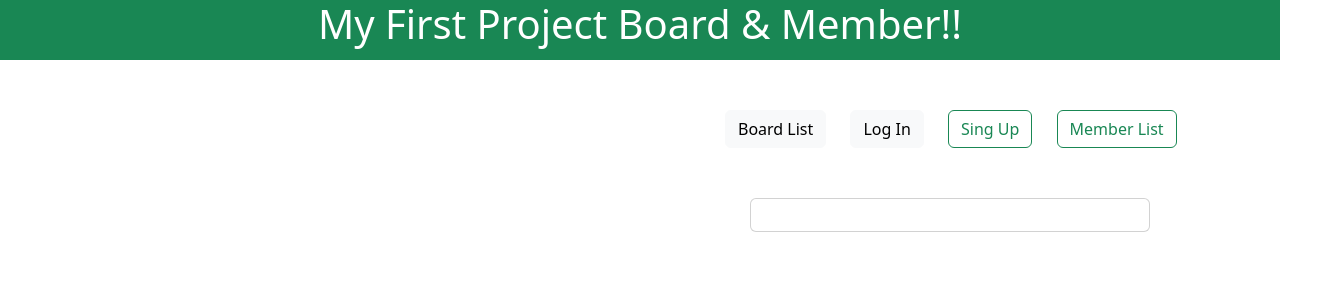
Repository: Raneechoi/java2022_09_03
Page: http://localhost/Project/mem/login_auth
These files come from the project's save history. The page is drawn as it stood at one moment and after the next save; the edit follows.
The browser window is 1280 px wide. The page is 1325 px wide, so the pictures cover 1325 px, including what lies to the right of the window. The pictures show the whole page.
The page is served by Tomcat 9. Other server files are loaded and not shown. Queries for data that is not in the repository find no rows.

Above is the page before, as saved 2022-12-08 06:48:49.

### JSP_Board&Member/Project/src/main/webapp/index.jsp
<%@ page language="java" contentType="text/html; charset=UTF-8"
    pageEncoding="UTF-8"%>
<%@ taglib uri="http://java.sun.com/jsp/jstl/core" prefix="c" %>
<!DOCTYPE html>
<html>
<head>
<meta charset="UTF-8">
<title>Insert title here</title>
<!-- CSS only -->
<link href="https://cdn.jsdelivr.net/npm/bootstrap@5.2.2/dist/css/bootstrap.min.css" rel="stylesheet" integrity="sha384-Zenh87qX5JnK2Jl0vWa8Ck2rdkQ2Bzep5IDxbcnCeuOxjzrPF/et3URy9Bv1WTRi" crossorigin="anonymous">
<!-- JavaScript Bundle with Popper -->
<script src="https://cdn.jsdelivr.net/npm/bootstrap@5.2.2/dist/js/bootstrap.bundle.min.js" integrity="sha384-OERcA2EqjJCMA+/3y+gxIOqMEjwtxJY7qPCqsdltbNJuaOe923+mo//f6V8Qbsw3" crossorigin="anonymous"></script>
</head>
<body>
<div style="height: 60px; color:white; background-color: #198754;">
	<h1 style="text-align: center;">My First Project Board & Member!!</h1>
</div>

<div style="width: 600px; display:inline-block; margin-left: 725px; margin-top: 50px;">
		<a href="/bor/pageList" style="margin-right: 20px"><button class="btn btn-light">Board List</button></a>
		<a href="/mem/login" style="margin-right: 20px"><button class="btn btn-light">Log In</button></a>
		<a href="/mem/join" style="margin-right: 20px"><button class="btn btn-outline-success">Sing Up</button></a>
		<a href="/mem/list" ><button class="btn btn-outline-success">Member List</button></a>
</div>

<div class="card" style="width: 400px; display:inline-flex; margin-left: 750px; margin-top: 50px; ">
	 <div class="card-body" style="text-align: center;">
		<c:if test="${ses.email ne null && ses.email ne '' }">
			${ses.email } login 하였습니다. <br>
			계정생성일 : ${ses.reg_at } <br>
			마지막 접속 : ${ses.last_login } <br>
			<a href="/mem/modify?email=${ses.email }"><button type="button" class="btn btn-success" style="margin-top: 20px">회원정보 수정</button></a>
			<a href="/mem/logout?email=${ses.email }"><button type="button" class="btn btn-secondary" style="margin-top: 20px">로그아웃</button></a><br>
		</c:if>

		<c:if test="${ses.email ne null && ses.email ne '' }">
			<a href="/bor/register" ><button class="btn btn-success" style="margin-top: 20px">Board Register</button></a>
			<a href="/bor/list"><button class="btn btn-success" style="margin-top: 20px">My Board List</button></a><br>
		</c:if>
	</div>
</div>

<div style="margin-left: 900px; margin-top: 50px; ">
	<c:if test="${ses.email ne null && ses.email ne '' }">
		<a href="/mem/remove?email=${ses.email }"><button class="btn btn-outline-secondary">회원탈퇴</button></a>
	</c:if>
</div>
</body>
</html>

### JSP_Board&Member/Project/src/main/java/controller/MemberController.java
package controller;

import java.io.IOException;
import java.util.List;

import javax.servlet.RequestDispatcher;
import javax.servlet.ServletException;
import javax.servlet.annotation.WebServlet;
import javax.servlet.http.HttpServlet;
import javax.servlet.http.HttpServletRequest;
import javax.servlet.http.HttpServletResponse;
import javax.servlet.http.HttpSession;

import org.slf4j.Logger;
import org.slf4j.LoggerFactory;

import domain.MemberVO;
import service.MemberService;
import service.MemberServiceImpl;


@WebServlet("/mem/*")
public class MemberController extends HttpServlet {
	private static final long serialVersionUID = 1L;
	private static final Logger log = LoggerFactory.getLogger(MemberController.class);
    private RequestDispatcher rdp;
    private String destPage; //목적지 주소 기록 변수
    private int isOK;

    private MemberService msv; // interface로 생성 - service패키지에

    public MemberController() {
    	msv = new MemberServiceImpl();
    }

	protected void service(HttpServletRequest req, HttpServletResponse res) throws ServletException, IOException {
		req.setCharacterEncoding("utf-8");
		res.setCharacterEncoding("utf-8");
		res.setContentType("text/html; charset=utf-8");

		String uri = req.getRequestURI();
		String path = uri.substring(uri.lastIndexOf("/")+1);

		log.info(">>> URI > "+uri);
		log.info(">>> Path > "+path);
		switch (path) {
		case "login":
			destPage = "/member/login.jsp";
			break;

		case "login_auth":
			try {
				MemberVO mvo = msv.login(
						new MemberVO(
								req.getParameter("email"),
								req.getParameter("pwd")
								));
				log.info("login 객체 input");
				if(mvo != null) {
					//세션 가져오기. 연결된 세션이 없다면 새로 생성
					HttpSession ses = req.getSession();
					//ses로 mvo를 바인딩
					ses.setAttribute("ses", mvo);
					ses.setMaxInactiveInterval(10*60);  // 로그인 유지시간(10분)
				}else {
					req.setAttribute("msg_login", 0);
				}
				destPage="/";

			} catch (Exception e) {
				// TODO: handle exception
				e.printStackTrace();
			}
			break;

		case "join":
			try {
				destPage = "/member/join.jsp";
			} catch (Exception e) {
				e.printStackTrace();
			}
			break;

		case "register":
			isOK = msv.register(new MemberVO(
					req.getParameter("email"),
					req.getParameter("pwd"),
					req.getParameter("nick_name")
					));
			log.info(">>> join > "+(isOK > 0 ?"ok" :"fail"));
			destPage="login";
			break;

		case "logout":
			// 연결된 세션이 있다면 해당 세션을 가져오기
			try {
				HttpSession ses = req.getSession();
				ses.invalidate();  // 세션 끊기
				// 로그인된 email을 주고 로그인 시간 update
				isOK = msv.lastLogin(req.getParameter("email"));
				log.info(">>> lastLogin > "+(isOK > 0 ?"ok" :"fail"));
				destPage="/index.jsp";
			} catch (Exception e) {
				e.printStackTrace();
			}
			break;

		case "list":
			try {
				List<MemberVO> list = msv.getlist();
				req.setAttribute("list", list);
				destPage="/member/list.jsp";
			} catch (Exception e) {
				e.printStackTrace();
			}
			break;

		case "modify":
			try {
				log.info("modify check 1");
				MemberVO mvo = msv.selectOne(req.getParameter("email"));
				req.setAttribute("mvo", mvo);

				log.info("modify check 2");
				destPage = "/member/update.jsp";
			} catch (Exception e) {
				e.printStackTrace();
			}
			break;

		case "update":
			try {
				MemberVO mvo = new MemberVO(req.getParameter("email"), req.getParameter("pwd"), req.getParameter("nick_name"));
				int isOk = msv.update(mvo);
				destPage = "/";
			} catch (Exception e) {
				e.printStackTrace();
			}
			break;

		case "remove":
			try {
				HttpSession ses = req.getSession();
				ses.invalidate();  // 세션 끊기
				// 로그인된 email을 주고 로그인 시간 update
				isOK = msv.remove(req.getParameter("email"));
				log.info(">>> remove > "+(isOK > 0 ?"ok" :"fail"));
				destPage="/";

			} catch (Exception e) {
				e.printStackTrace();
			}
			break;

		default:
			break;
		}
		// 목적지 주소 값 세팅
		rdp = req.getRequestDispatcher(destPage);
		// 정보 싣고 보내기
		rdp.forward(req, res);
	}

	protected void doGet(HttpServletRequest req, HttpServletResponse res) throws ServletException, IOException {
		service(req, res);
	}

	protected void doPost(HttpServletRequest req, HttpServletResponse res) throws ServletException, IOException {
		service(req, res);
	}
}

### JSP_Board&Member/Project/src/main/java/service/MemberServiceImpl.java
package service;

import java.util.List;

import org.slf4j.Logger;
import org.slf4j.LoggerFactory;

import controller.MemberController;
import domain.MemberVO;
import repository.MemberDAO;
import repository.MemberDAOImpl;

public class MemberServiceImpl implements MemberService {

	private MemberDAO mdao;
	private static final Logger log = LoggerFactory.getLogger(MemberController.class);

	public MemberServiceImpl() {
		mdao = new MemberDAOImpl();
	}

	@Override
	public MemberVO login(MemberVO mvo) {
		log.info("login check 2");
		return mdao.selectOne(mvo);
	}

	@Override
	public int register(MemberVO mvo) {
		log.info("register check 2");
		return mdao.insert(mvo);
	}

	@Override
	public int lastLogin(String email) {
		log.info("lastLogin check 2");
		return mdao.update(email);
	}

	@Override
	public List<MemberVO> getlist() {
		log.info("list check 2");
		return mdao.listall();
	}

	@Override
	public int modify(MemberVO mvo) {
		log.info("modify check 2");
		return mdao.update(mvo);
	}

	@Override
	public MemberVO selectOne(String email) {
		// TODO Auto-generated method stub
		return mdao.selectOne(email);
	}

	@Override
	public int update(MemberVO mvo) {
		// TODO Auto-generated method stub
		return mdao.update(mvo);
	}

	@Override
	public int remove(String email) {
		// TODO Auto-generated method stub
		return mdao.remove(email);
	}
}

### JSP_Board&Member/Project/src/main/java/repository/MemberDAO.java
package repository;

import java.util.List;

import domain.MemberVO;

public interface MemberDAO {

	MemberVO selectOne(MemberVO mvo);

	int insert(MemberVO mvo);

	int update(String email);

	List<MemberVO> listall();

	int update(MemberVO mvo);

	MemberVO selectOne(String email);

	int remove(String email);

}

### JSP_Board&Member/Project/src/main/java/repository/MemberDAOImpl.java
package repository;

import java.util.List;

import org.apache.ibatis.session.SqlSession;
import org.slf4j.Logger;
import org.slf4j.LoggerFactory;

import domain.MemberVO;
import orm.DatabaseBuilder;

public class MemberDAOImpl implements MemberDAO {

	private static final Logger log = LoggerFactory.getLogger(MemberDAOImpl.class);
	private SqlSession sql;
	private final String NS = "MemberMapper.";

	public MemberDAOImpl() {
		new DatabaseBuilder();
		sql = DatabaseBuilder.getFactory().openSession();
	}

	@Override
	public MemberVO selectOne(MemberVO mvo) {
		log.info("login check 3");
		return sql.selectOne(NS+"login",mvo);
	}

	@Override
	public int insert(MemberVO mvo) {
		log.info("join check 3");
		int isOK = sql.insert(NS+"reg",mvo);
		if(isOK > 0) {
			sql.commit();
		}
		return isOK;
	}

	@Override
	public int update(String email) {
		log.info("lastLogin check 3");
		int isOK = sql.update(NS+"last", email);
		if(isOK > 0) sql.commit();
		return isOK;
	}

	@Override
	public List<MemberVO> listall() {
		log.info("list check 3");
		return sql.selectList(NS+"list");
	}

	@Override
	public int update(MemberVO mvo) {
		log.info("modify check 3");
		int isOK = sql.update(NS+"modify",mvo);
		if(isOK > 0) sql.commit();
		return isOK;
	}

	@Override
	public MemberVO selectOne(String email) {
		// TODO Auto-generated method stub
		return sql.selectOne(NS+"getOne", email);
	}

	@Override
	public int remove(String email) {
		// TODO Auto-generated method stub
		int isOK = sql.delete(NS+"remove",email);
		if(isOK > 0) sql.commit();
		return isOK;
	}

}

### JSP_Board&Member/Project/src/main/java/orm/DatabaseBuilder.java
package orm;

import org.apache.ibatis.io.Resources;
import org.apache.ibatis.session.SqlSessionFactory;
import org.apache.ibatis.session.SqlSessionFactoryBuilder;

public class DatabaseBuilder {

	private static SqlSessionFactory factory;

	static {
		try {
			factory = new SqlSessionFactoryBuilder()
					.build(Resources.getResourceAsReader("orm/MybatisConfig.xml"));
		} catch (Exception e) {
			e.printStackTrace();
		}
	}

	public static SqlSessionFactory getFactory() {
		return factory;
	}

}

### JSP_Board&Member/Project/src/main/java/domain/MemberVO.java
package domain;

public class MemberVO {

	private String email;
	private String pwd;
	private String nick_name;
	private String reg_at;
	private String last_login;

	public MemberVO() {}

	//login : email, pwd
	public  MemberVO(String email, String pwd) {
		this.email = email;
		this.pwd = pwd;
	}

	// join,modify : email, pwd, nick_name
	public MemberVO(String email, String pwd, String nick_name) {
		this.email = email;
		this.pwd = pwd;
		this.nick_name = nick_name;
	}

	// list : all
	public MemberVO(String email, String pwd, String nick_name, String reg_at, String last_login) {
		this.email = email;
		this.pwd = pwd;
		this.nick_name = nick_name;
		this.reg_at = reg_at;
		this.reg_at = last_login;
	}

	public String getEmail() {
		return email;
	}

	public void setEmail(String email) {
		this.email = email;
	}

	public String getPwd() {
		return pwd;
	}

	public void setPwd(String pwd) {
		this.pwd = pwd;
	}

	public String getNick_name() {
		return nick_name;
	}

	public void setNick_name(String nick_name) {
		this.nick_name = nick_name;
	}

	public String getReg_at() {
		return reg_at;
	}

	public void setReg_at(String reg_at) {
		this.reg_at = reg_at;
	}

	public String getLast_login() {
		return last_login;
	}

	public void setLast_login(String last_login) {
		this.last_login = last_login;
	}

}

### JSP_Board&Member/Project/src/main/java/domain/BoardVO.java
package domain;

public class BoardVO {

	private int bno;
	private String title;
	private String writer;
	private String content;
	private String reg_date;
	private int read_count;
	private String image_file;

	public BoardVO() {}

	// insert(title, writer, content)
	public BoardVO(String title, String writer, String content) {
		this.title = title;
		this.writer = writer;
		this.content = content;
	}

	// list(bno, title, writer, reg_date, read_count)
	public BoardVO(int bno, String title, String writer, String reg_date, int read_count) {
		this.bno = bno;
		this.title = title;
		this.writer = writer;
		this.reg_date = reg_date;
		this.read_count = read_count;
	}

	// detail (all)
	public BoardVO(int bno, String title, String writer, String content, String reg_date, int read_count, String image_file) {
		this.bno = bno;
		this.title = title;
		this.writer = writer;
		this.content = content;
		this.reg_date = reg_date;
		this.read_count = read_count;
		this.image_file = image_file;
	}

	// update(bno, title, content)
	public BoardVO(int bno, String title, String content) {
		this.bno = bno;
		this.title = title;
		this.content = content;
	}

	//(bno, read_count)
	public BoardVO(int bno, int read_count) {
		this.bno = bno;
		this.read_count = read_count;
	}

	public int getBno() {
		return bno;
	}

	public void setBno(int bno) {
		this.bno = bno;
	}

	public String getTitle() {
		return title;
	}

	public void setTitle(String title) {
		this.title = title;
	}

	public String getWriter() {
		return writer;
	}

	public void setWriter(String writer) {
		this.writer = writer;
	}

	public String getContent() {
		return content;
	}

	public void setContent(String content) {
		this.content = content;
	}

	public String getReg_date() {
		return reg_date;
	}

	public void setReg_date(String reg_date) {
		this.reg_date = reg_date;
	}

	public int getRead_count() {
		return read_count;
	}

	public void setRead_count(int read_count) {
		this.read_count = read_count;
	}

	public String getImage_file() {
		return image_file;
	}

	public void setImage_file(String image_file) {
		this.image_file = image_file;
	}

}

### JSP_Board&Member/Project/src/main/java/domain/PagingVO.java
package domain;

public class PagingVO {

	private int pageNo;  // 현재 화면에 출력되는 페이지네이션 번호
	private int qty;     // 한 페이지당 보여줄 게시글 수

	public PagingVO() {  // 페이지네이션을 클릭하기 전 기본 리스트 출력 값
		this(1,10);
	}

	public PagingVO(int pageNo, int qty) {
		this.pageNo = pageNo;
		this.qty = qty;
	}

	public int getPageStart() {
		return (this.pageNo-1)*qty;   // 시작페이지 번호 구하기
	}

	public int getPageNo() {
		return pageNo;
	}

	public void setPageNo(int pageNo) {
		this.pageNo = pageNo;
	}

	public int getQty() {
		return qty;
	}

	public void setQty(int qty) {
		this.qty = qty;
	}


}

### JSP_Board&Member/Project/src/main/java/domain/CommentVO.java
package domain;

public class CommentVO {

	private int cno;
	private int bno;
	private String writer;
	private String content;
	private String reg_at;

	public CommentVO() { }

	// post(bno, writer, content)
	public CommentVO(int bno, String writer, String content) {
		this.bno = bno;
		this.writer = writer;
		this.content = content;
	}

	// modify
	public CommentVO(int cno, String content) {
		this.cno = cno;
		this.content = content;
	}

	// list(bno, cno, writer, content, reg_at)
	public CommentVO(int cno, int bno, String writer, String content, String reg_at) {
		this.cno = cno;
		this.bno = bno;
		this.writer = writer;
		this.content = content;
		this.reg_at = reg_at;
	}

	public int getCno() {
		return cno;
	}

	public void setCno(int cno) {
		this.cno = cno;
	}

	public int getBno() {
		return bno;
	}

	public void setBno(int bno) {
		this.bno = bno;
	}

	public String getWriter() {
		return writer;
	}

	public void setWriter(String writer) {
		this.writer = writer;
	}

	public String getContent() {
		return content;
	}

	public void setContent(String content) {
		this.content = content;
	}

	public String getReg_at() {
		return reg_at;
	}

	public void setReg_at(String reg_at) {
		this.reg_at = reg_at;
	}


}

After the next save:
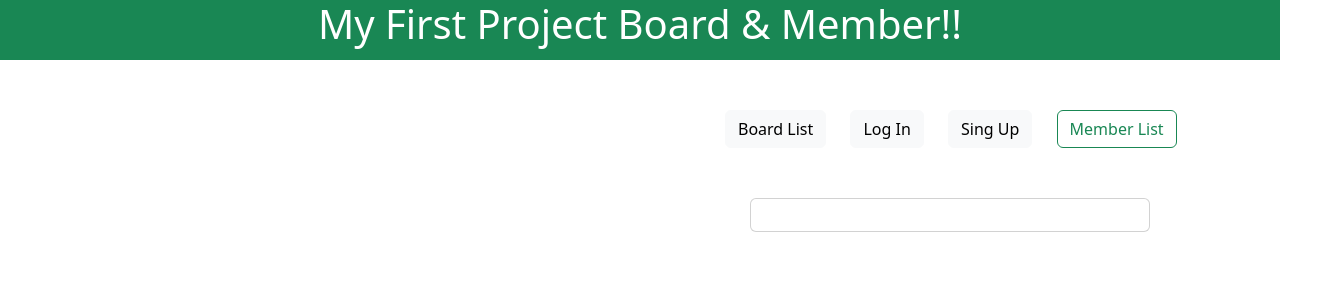
Saved 9 s later.
--- a/JSP_Board&Member/Project/src/main/webapp/index.jsp
+++ b/JSP_Board&Member/Project/src/main/webapp/index.jsp
@@ -19,7 +19,7 @@
 <div style="width: 600px; display:inline-block; margin-left: 725px; margin-top: 50px;">
 		<a href="/bor/pageList" style="margin-right: 20px"><button class="btn btn-light">Board List</button></a>
 		<a href="/mem/login" style="margin-right: 20px"><button class="btn btn-light">Log In</button></a>
-		<a href="/mem/join" style="margin-right: 20px"><button class="btn btn-outline-success">Sing Up</button></a>
+		<a href="/mem/join" style="margin-right: 20px"><button class="btn btn-light">Sing Up</button></a>
 		<a href="/mem/list" ><button class="btn btn-outline-success">Member List</button></a>
 </div>
 
